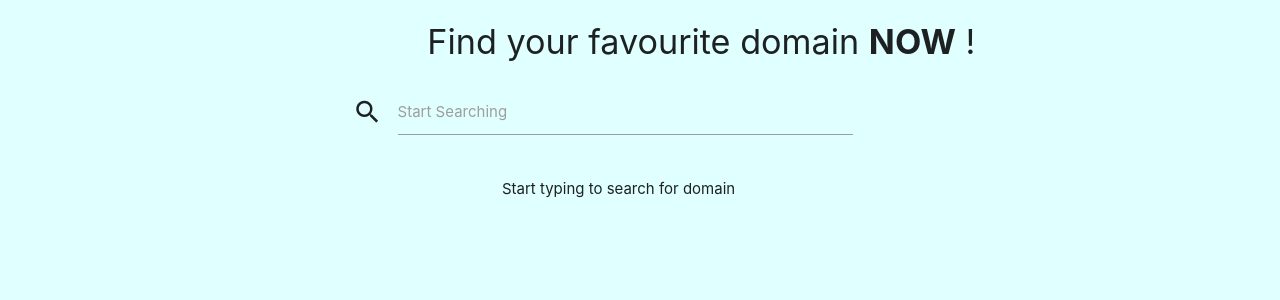
Repository: habib-urrehmaan/domain-name-searcher
Page: / (app in client/)
The author's editor kept a copy of each file at every save. The page is drawn from the files as they stood at one save, then again after the next save.
The browser window is 1280 px wide. The pictures show the whole page.
The project was rebuilt for these pictures with package versions that can differ from the ones it lists, and the page was loaded fresh each time. Also part of the build but not shown: client/src/Suggested.js, client/src/Suggested.css.

Above is the page before, as saved 2020-04-17 21:59:12.

After the next save:
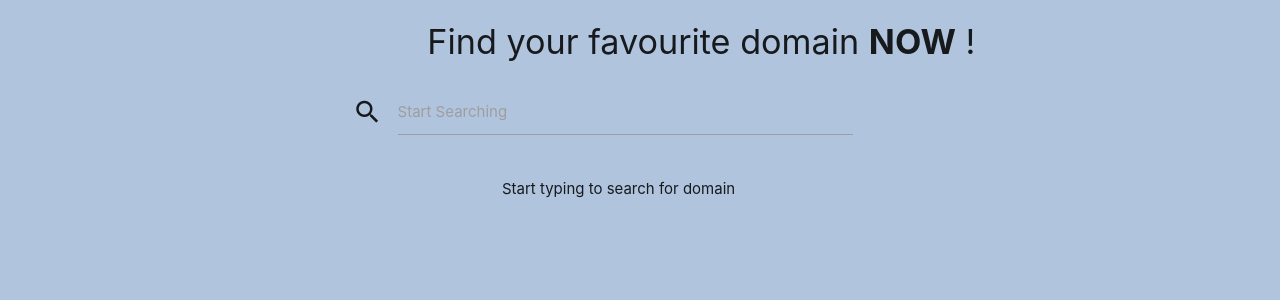
Saved 26 s later.
--- a/client/src/index.css
+++ b/client/src/index.css
@@ -5,7 +5,7 @@ body {
     sans-serif;
   -webkit-font-smoothing: antialiased;
   -moz-osx-font-smoothing: grayscale;
-  background-color: lightcyan
+  background-color: lightsteelblue
 }
 
 code {
